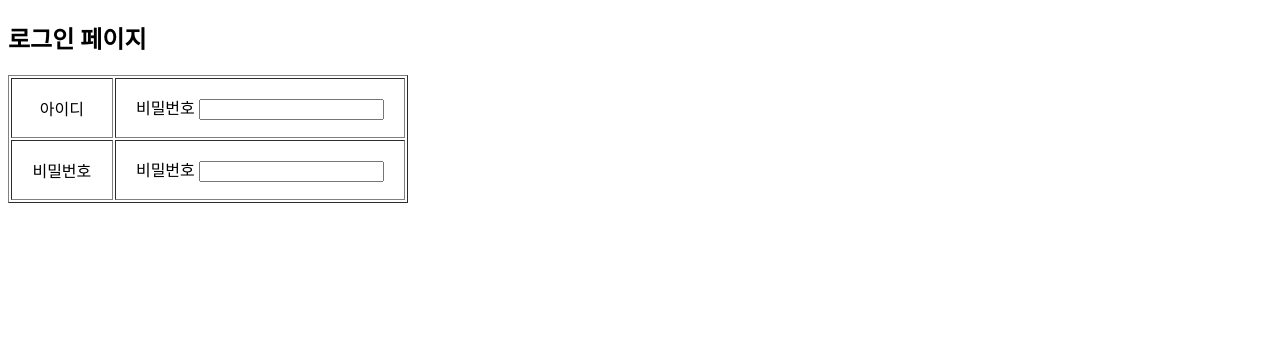
Repository: hyeongu135-ui/Jsp2026
Page: http://localhost/chapter01/Request/RequestLogin.jsp
These files come from the project's save history. The page is drawn as it stood at one moment and after the next save; the edit follows.
The browser window is 1280 px wide. The pictures show the whole page.
The page is served by Tomcat 9.

Above is the page before, as saved 2026-10-19 05:49:06.

### chapter01/src/main/webapp/Request/RequestLogin.jsp
<%@ page language="java" contentType="text/html; charset=UTF-8"
    pageEncoding="UTF-8" import="java.util.*"%>
<!DOCTYPE html>
<html>
<head>
<meta charset="UTF-8">
<title>Request 로그인</title>
</head>
<body>
	<div class="container">
	<h2> 로그인 페이지</h2>
	<form action="RequestLoginProc.jsp" method="post">
		<table width="400" border="1">
			<tr height="60">
				<td align="center" width="150">아이디</td>
				<td align="center" width="350">비밀번호
					<input type="text" name ="id">
				</td>
			</tr>
			<tr height="60">
				<td align="center" width="150">비밀번호</td>
				<td align="center" width="350">비밀번호
					<input type="password" name ="pass">
				</td>
			</tr>
		</table>
	</form>
	</div>
</body>
</html>

After the next save:
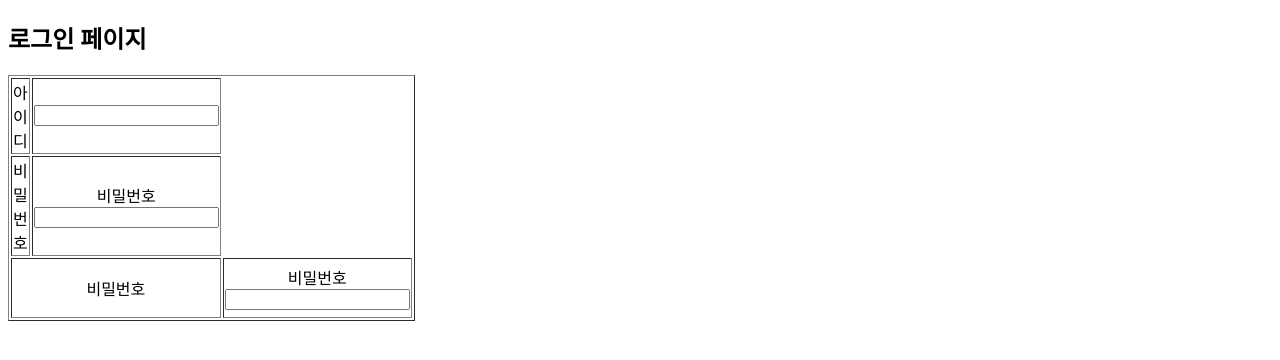
Saved 38 s later.
--- a/chapter01/src/main/webapp/Request/RequestLogin.jsp
+++ b/chapter01/src/main/webapp/Request/RequestLogin.jsp
@@ -13,7 +13,7 @@
 		<table width="400" border="1">
 			<tr height="60">
 				<td align="center" width="150">아이디</td>
-				<td align="center" width="350">비밀번호
+				<td align="center" width="350">
 					<input type="text" name ="id">
 				</td>
 			</tr>
@@ -23,6 +23,12 @@
 					<input type="password" name ="pass">
 				</td>
 			</tr>
+			<tr height="60">
+				<td colspan="2" align="center" width="150">비밀번호</td>
+				<td align="center" width="350">비밀번호
+					<input type="password" name ="pass">
+				</td>
+			</tr>
 		</table>
 	</form>
 	</div>
